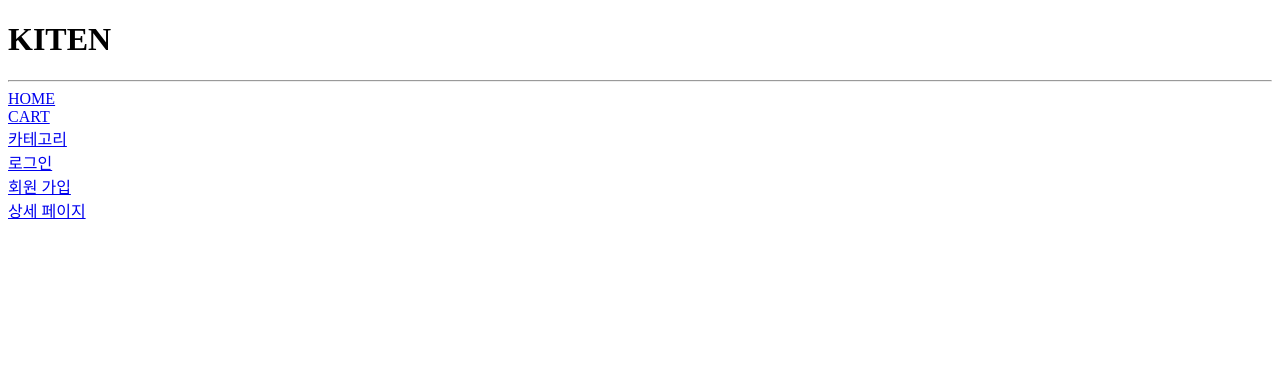
Repository: miniwon/semiProject_KITEN
Page: http://localhost/KITEN/
An editor plug-in stored every save of this project. The page is shown before and after the next save, followed by the edit.
The browser window is 1280 px wide. The pictures show the whole page.
The page is served by Tomcat 9. Nobody is signed in. The application's start-up code is not run.

Above is the page before, as saved 2022-11-15 09:15:03.

After the next save:
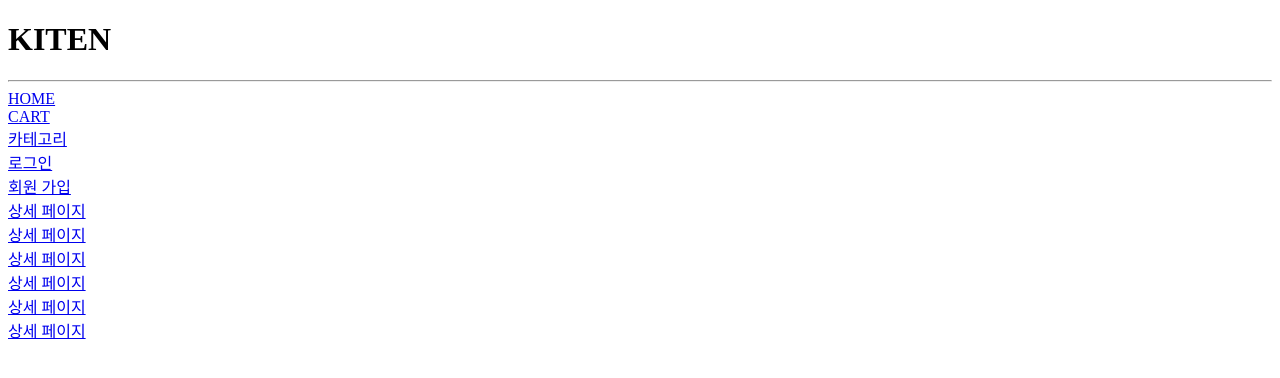
Saved 63 s later.
--- a/KITEN/src/main/webapp/index.jsp
+++ b/KITEN/src/main/webapp/index.jsp
@@ -15,5 +15,11 @@
 	<a href="login.do">로그인</a><br>
 	<a href="register.do">회원 가입</a><br>
 	<a href="single-product.do">상세 페이지</a><br>
+	<a href="single-product.do">상세 페이지</a><br>
+	<a href="single-product.do">상세 페이지</a><br>
+	<a href="single-product.do">상세 페이지</a><br>
+	<a href="single-product.do">상세 페이지</a><br>
+	<a href="single-product.do">상세 페이지</a><br>
+
 </body>
 </html>
